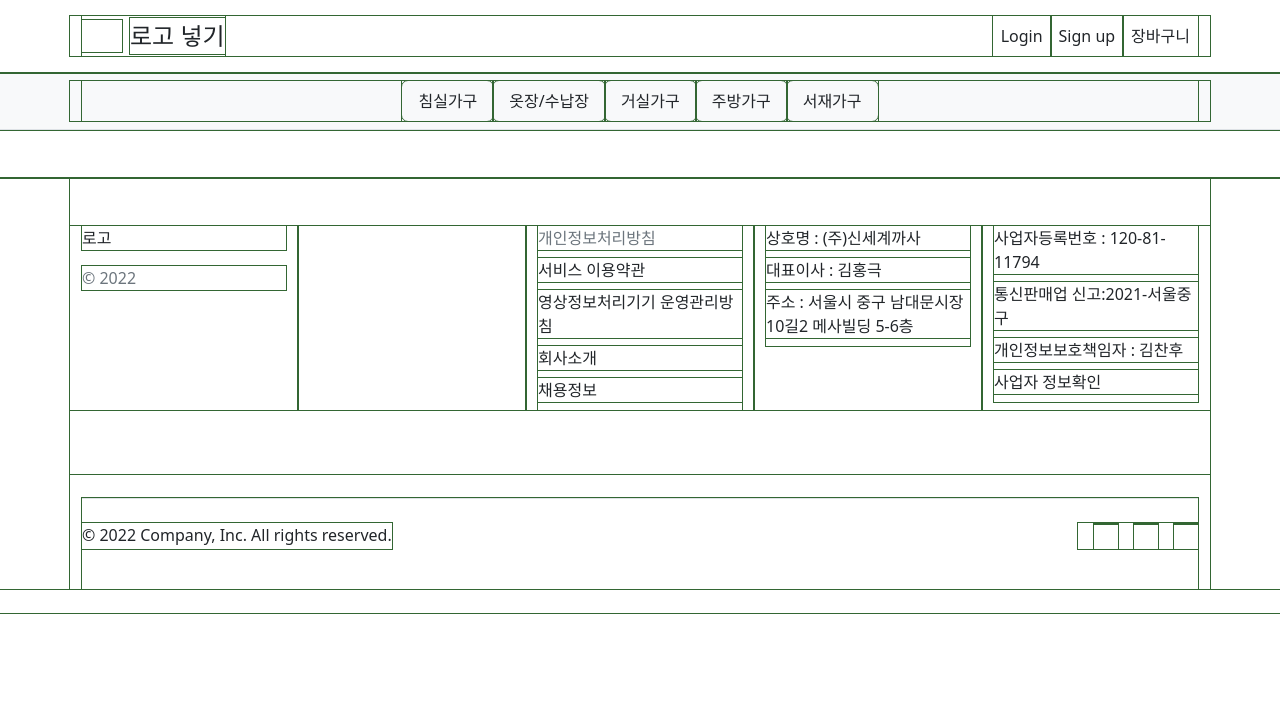
Repository: raoniee/Elice-House-Project
Page: FE/views/pages/main/item-list.html
An editor plug-in stored every save of this project. The page is shown before and after the next save, followed by the edit.
The browser window is 1280 px wide. The pictures show the whole page.

Above is the page before, as saved 2023-07-06 13:30:47.

After the next save:
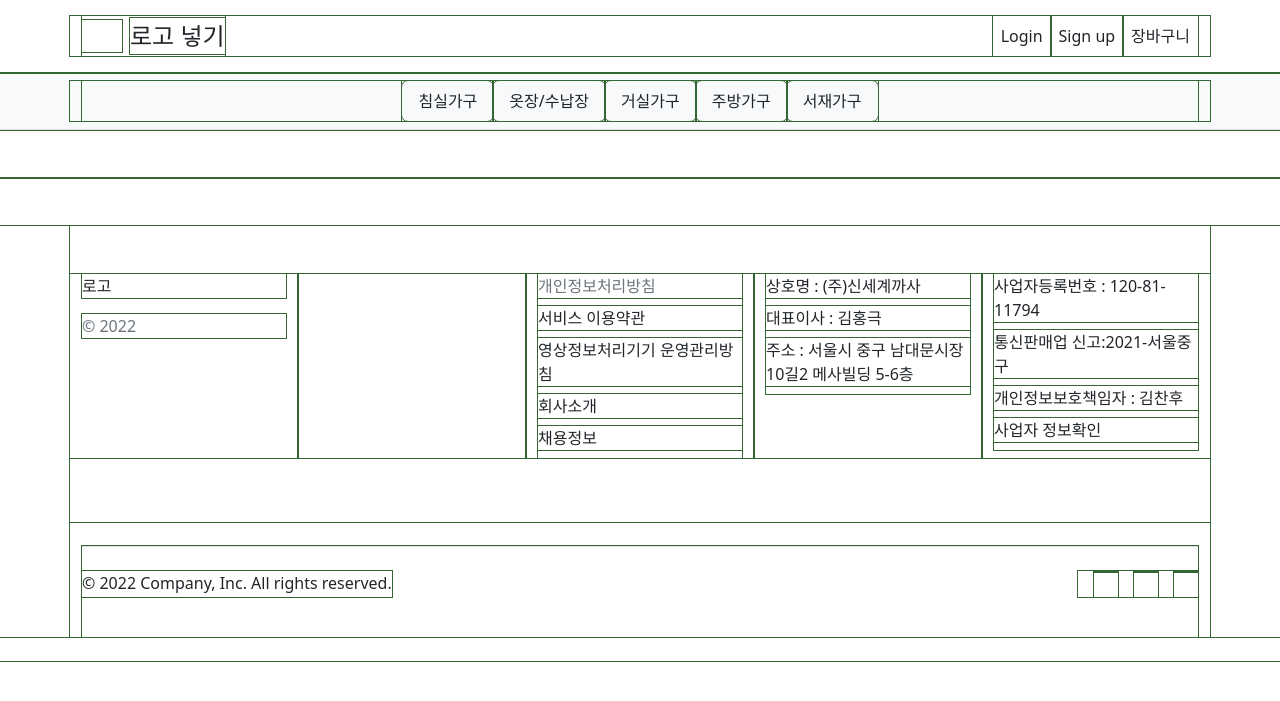
Saved 110 s later.
--- a/FE/views/pages/main/item-list.html
+++ b/FE/views/pages/main/item-list.html
@@ -35,7 +35,12 @@
 
     <main>
       <div class="container my-5">
-        <!-- menu_bar template로 삽입 -->
+        <div
+          class="menu_bar d-flex justify-content-between"
+          style="width: 120px"
+        >
+          <!-- menu_bar template로 삽입 -->
+        </div>
 
         <div class="item_list">
           <!-- item_list_card template로 삽입 -->
